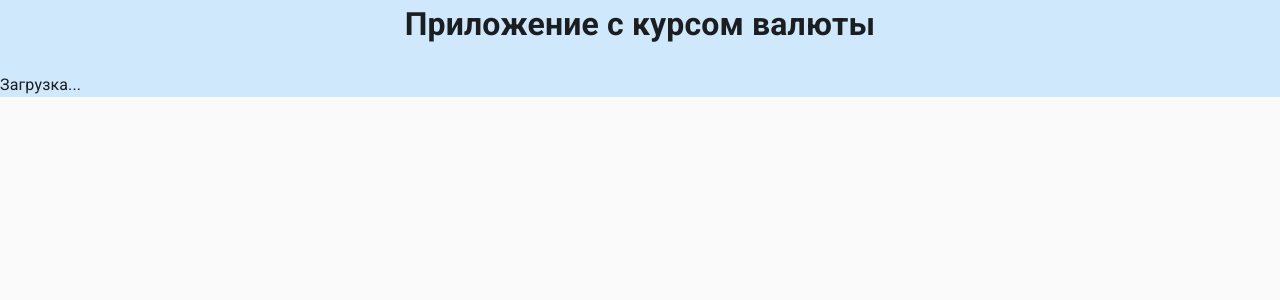
Repository: XaVi7777/mchs-test
Page: / (app in front-end/)
These files come from the project's save history. The page is drawn as it stood at one moment and after the next save; the edit follows.
The browser window is 1280 px wide. The pictures show the whole page.
The page's requests for data from a server got no answer. The project was rebuilt for these pictures with package versions that can differ from the ones it lists, and the page was loaded fresh each time. No one was signed in, and anything a server would have sent is missing.

Above is the page before, as saved 2020-08-13 19:38:21.

After the next save:
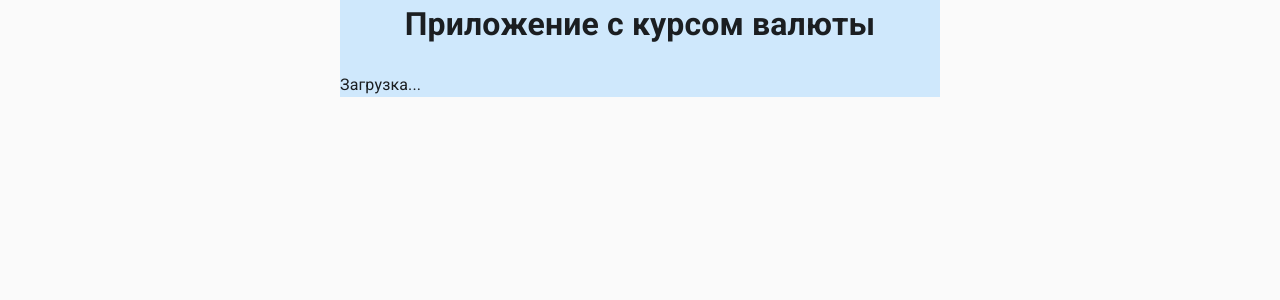
Saved 71 s later.
--- a/front-end/src/App.js
+++ b/front-end/src/App.js
@@ -10,7 +10,7 @@
       <div className="App">
         <CssBaseline />
         <Container
-          fixed
+          maxWidth="sm"
           disableGutters={true}
         >
 

After the save that followed:
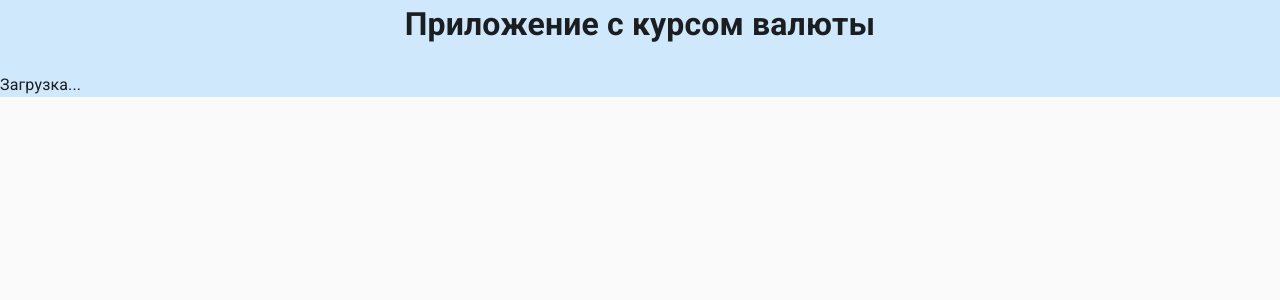
Saved 18 s later.
--- a/front-end/src/App.js
+++ b/front-end/src/App.js
@@ -10,7 +10,7 @@
       <div className="App">
         <CssBaseline />
         <Container
-          maxWidth="sm"
+          maxWidth={false}
           disableGutters={true}
         >
 
